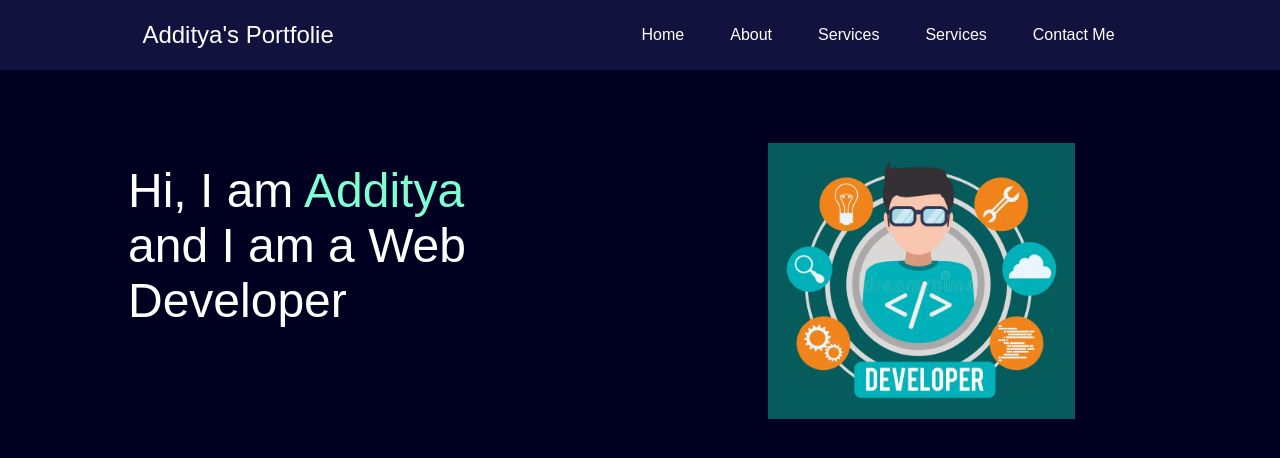
Repository: VictoriousMango/Portfolio
Page: index.html
An editor plug-in stored every save of this project. The page is shown before and after the next save, followed by the edit.
The browser window is 1280 px wide. The pictures show the whole page.

Above is the page before, as saved 2023-08-27 09:30:21.

After the next save:
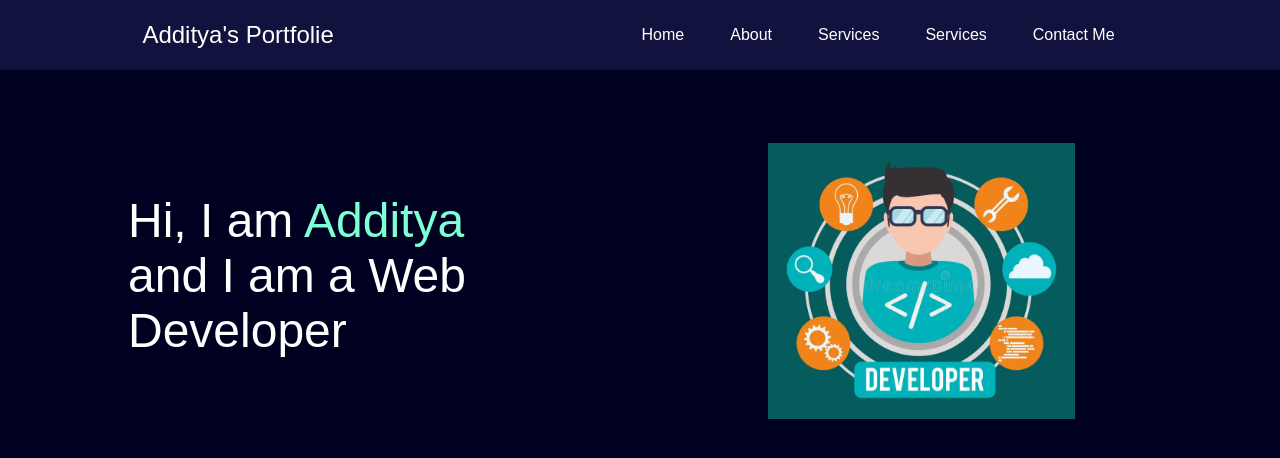
Saved 7 s later.
--- a/index.html
+++ b/index.html
@@ -44,7 +44,7 @@
         }
         .leftSection{
             font-size: 3rem;
-            margin: 70px 0;
+            margin: 100px 0;
         }
         /* .rightSection{
             background-color: red;
